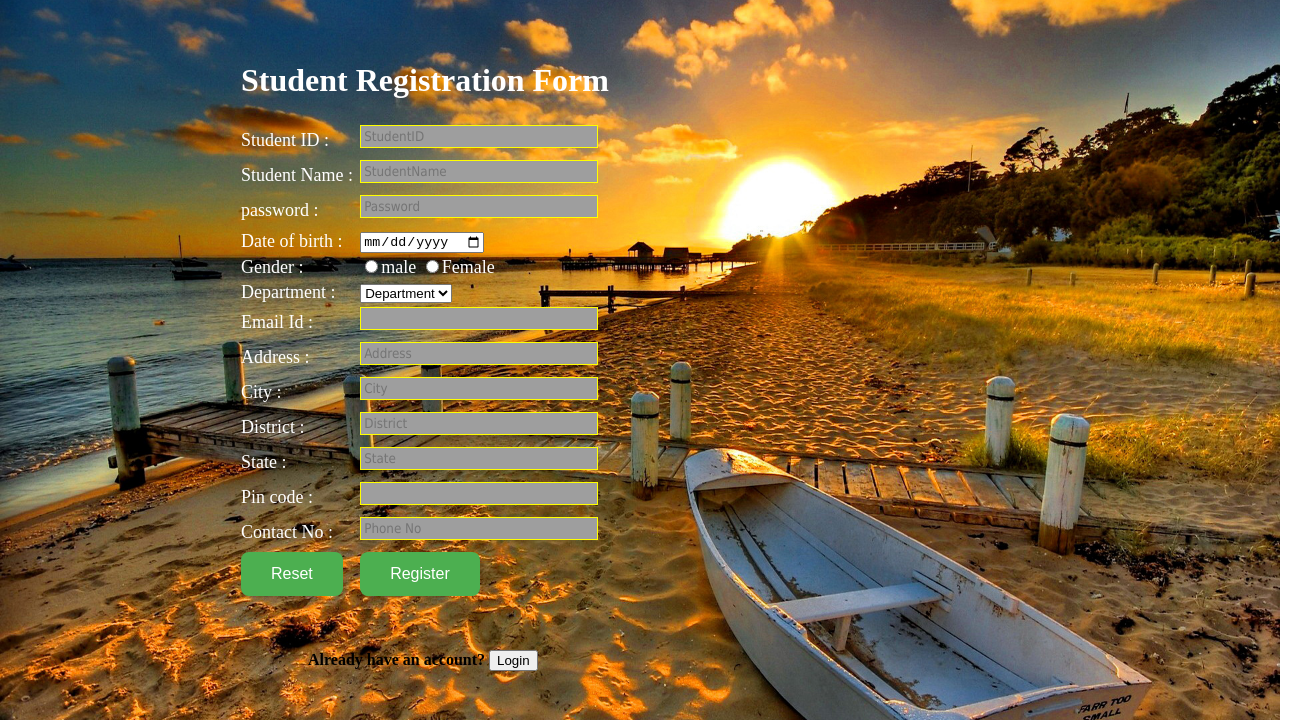
Repository: srikanthModugu/jdbc-servlet-jsp
Page: SutudentRegistration/WebContent/Registration.html
An editor plug-in stored every save of this project. The page is shown before and after the next save, followed by the edit.
The browser window is 1280 px wide. The page is 1308 px wide, so the pictures cover 1308 px, including what lies to the right of the window. The pictures show the whole page.
Pictures or frames that could not be fetched are drawn as grey boxes.

Above is the page before, as saved 2017-10-03 10:24:22.

### SutudentRegistration/WebContent/Registration.html
<!DOCTYPE html>
<html>
<head>
<meta charset="UTF-8">
<title>Registration Page</title>
<style type="text/css">
.button {
	border: none;
	border-radius: 8px;
	color: white;
	padding: 13px 30px;
	text-align: center;
	text-decoration: none;
	background-color: #4CAF50;
	display: inline-block;
	font-size: 16px;
}
.tb10 {
	background-image:url(images/form_bg.jpg);
	background-repeat:repeat-x;
	border:1px solid yellow;
	width: 230px;
	color:navy;
	padding:3px;
	margin-right:4px;
	margin-bottom:8px;
	font-family:tahoma, arial, sans-serif;
}
.bg {
    /* The image used */
    background-image: url("back.jpg");

    /* Full height */
    height: 100%;

    /* Center and scale the image nicely */
    background-position: center;
    background-repeat: no-repeat;
    background-size: cover;
}

input[type=submit]
{
	border: none;
	border-radius: 8px;
	color: white;
	padding: 13px 30px;
	text-align: center;
	text-decoration: none;

	display: inline-block;
	font-size: 16px;
}

button:hover {
	background-color: #4CAF50;
	color: white;
	box-shadow: 0 12px 16px 0 rgba(0, 0, 0, 0.24), 0 17px 50px 0
		rgba(0, 0, 0, 0.19);
}

td {
	font-size: 18px;
}
</style>

</head>
<body class="bg">


		<div style="height: 700px; width: 1300px; color: white; float: left;">

			<div style="height: 700px; width: 200px;  float: left;">

			</div>

			<div
				style="height: 700px; width: 700px;  color: black; float: left;">
				<form action="Registration" method="get" >
					<table style="height: 600; width: 700; margin: 30px;  color: white;">

						<tr>
							<th colspan="2"><h1>Student Registration Form</h1></th>
						</tr>

						<tr>
							<td>Student ID :</td>
							<td><input class="tb10" type='text' name='studentid' size='30' placeholder="StudentID" ><br></td>
						</tr>

						<tr>
							<td>Student Name :</td>
							<td><input class="tb10" type='text' name='studentName' size='30'placeholder="StudentName"><br></td>
						</tr>

						<tr>
							<td>password :</td>
							<td><input class="tb10" type='password' name='password' size='30' placeholder="Password" ><br></td>
						</tr>

						<tr>
							<td>Date of birth :</td>
							<td><input type='date'  name="DOB">
							<br></td>
						</tr>

						<tr>
							<td>Gender :</td>
							<td><input type='radio' name='gender' value='male'>male
								<input type='radio' name='gender' value='female'>Female<br></td>
						</tr>

						<tr>
							<td>Department :</td>
							<td><select name='department'>
									<option>Department</option>
									<option>Computer</option>
									<option>Civil</option>
									<option>E & TC</option>
									<option>Mechanical</option>
									<option>IT</option>
							</select></td>
						</tr>

						<tr>
							<td>Email Id :</td>
							<td><input  class="tb10" type='email' name='emailId' size='30' "><br></td>
						</tr>

						<tr>
							<td>Address :</td>
							<td><input  class="tb10" type='text' name='address' placeholder="Address" size='30'><br></td>
						</tr>

						<tr>
							<td>City :</td>
							<td><input class="tb10" type='text' name='city' size='30'placeholder="City"><br></td>
						</tr>

						<tr>
							<td>District :</td>
							<td><input class="tb10" type='text' name='district' size='30' placeholder="District"><br></td>
						</tr>

						<tr>
							<td>State :</td>
							<td><input class="tb10" type='text' name='state' size='30'placeholder="State"><br></td>
						</tr>

						<tr>
							<td>Pin code :</td>
							<td><input class="tb10" type='text' name='pincode' size='30' maxlength="6"><br></td>
						</tr>

						<tr>
							<td>Contact No :</td>
							<td><input class="tb10" type='text' name='mobileNo' size='30' placeholder="Phone No"><br></td>
						</tr>


						<tr>
							<td><button class="button" type="submit" formaction="RegisterForm.html">Reset</button></td>
							<td><input class="button" type="submit" value="Register" ></td>
						</tr>
					</table>

					<div
						style="height: 25px; width: 400px;  color: black; float: left; margin-left: 100px">
						<h4>
							Already have an account?
							<button type="submit" formaction="LoginPage.html">Login</button>
						</h4>
					</div>
				</form>


			</div>

	</div>

</html>

After the next save:
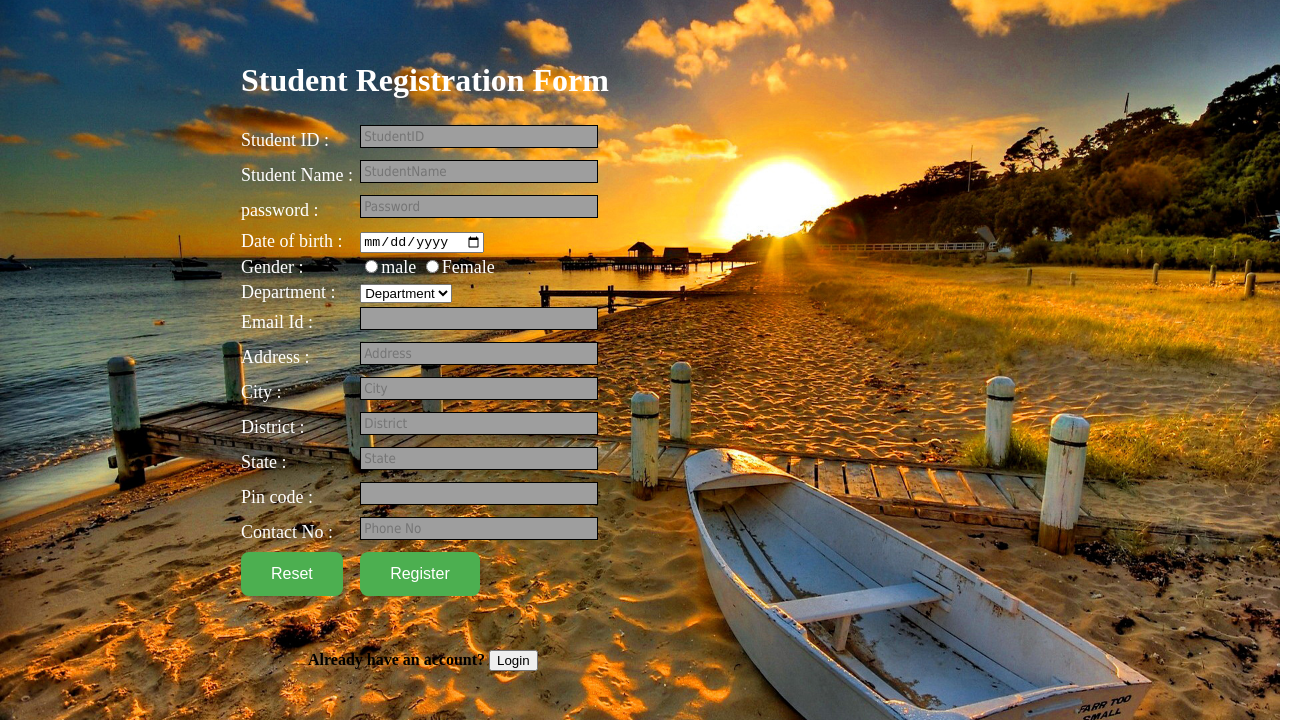
Saved 7 s later.
--- a/SutudentRegistration/WebContent/Registration.html
+++ b/SutudentRegistration/WebContent/Registration.html
@@ -18,7 +18,7 @@
 .tb10 {
 	background-image:url(images/form_bg.jpg);
 	background-repeat:repeat-x;
-	border:1px solid yellow;
+	border:1px solid black;
 	width: 230px;
 	color:navy;
 	padding:3px;
